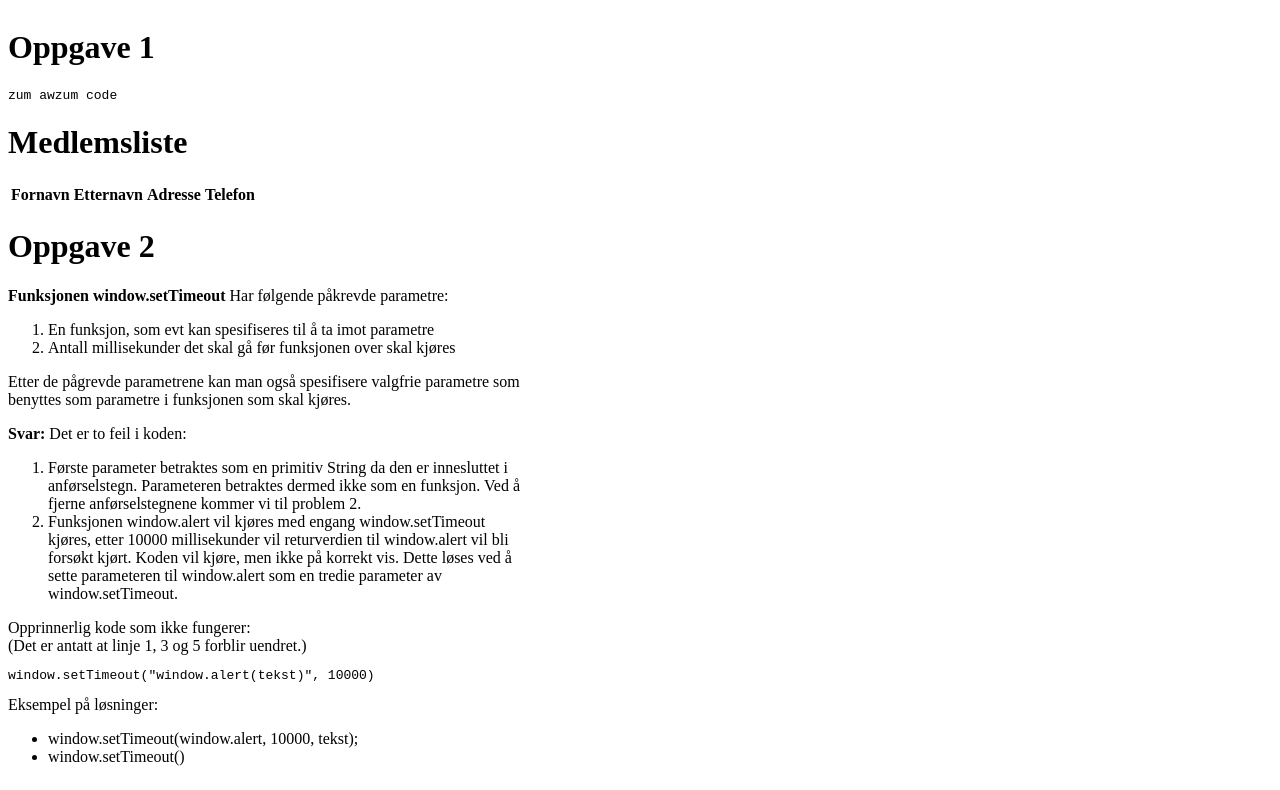
Repository: superdids/DAT152
Page: Oblig1/WebContent/index.html
An editor plug-in stored every save of this project. The page is shown before and after the next save, followed by the edit.
The browser window is 1280 px wide. The pictures show the whole page.

Above is the page before, as saved 2015-09-05 22:01:56.

After the next save:
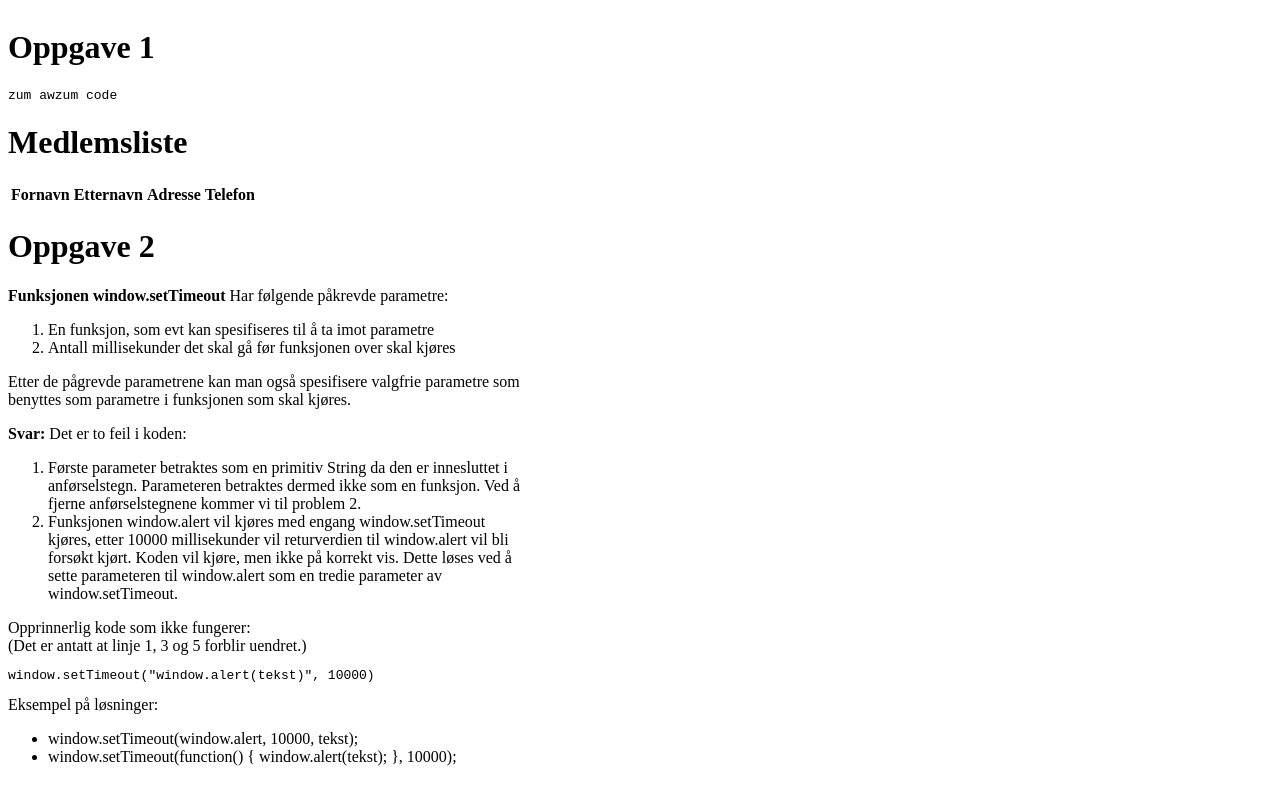
Saved 32 s later.
--- a/Oblig1/WebContent/index.html
+++ b/Oblig1/WebContent/index.html
@@ -50,7 +50,7 @@ Opprinnerlig kode som ikke fungerer: <br />
 Eksempel på løsninger:
 <ul>
 <li>window.setTimeout(window.alert, 10000, tekst);</li>
-<li>window.setTimeout()
+<li>window.setTimeout(function() { window.alert(tekst); }, 10000);
 </ul>
 
 
